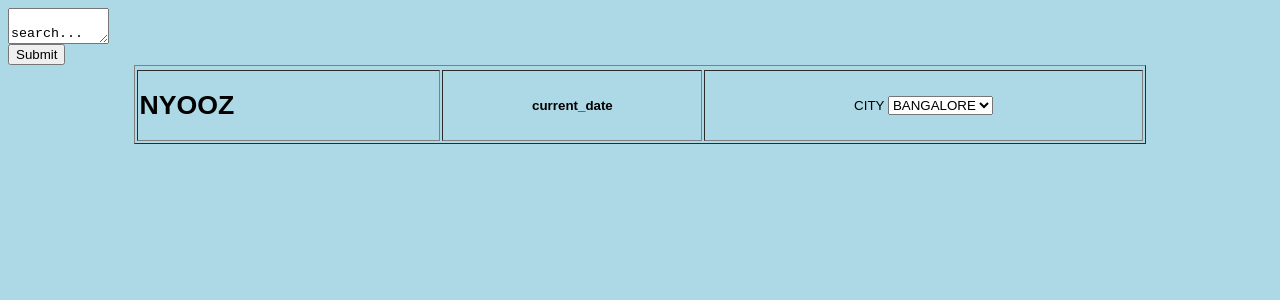
Repository: rsud2253/nyooz
Page: html_play/nyooz_home/index.html
The author's editor kept a copy of each file at every save. The page is drawn from the files as they stood at one save, then again after the next save.
The browser window is 1280 px wide. The pictures show the whole page.

Above is the page before, as saved 2012-07-21 07:21:17.

After the next save:
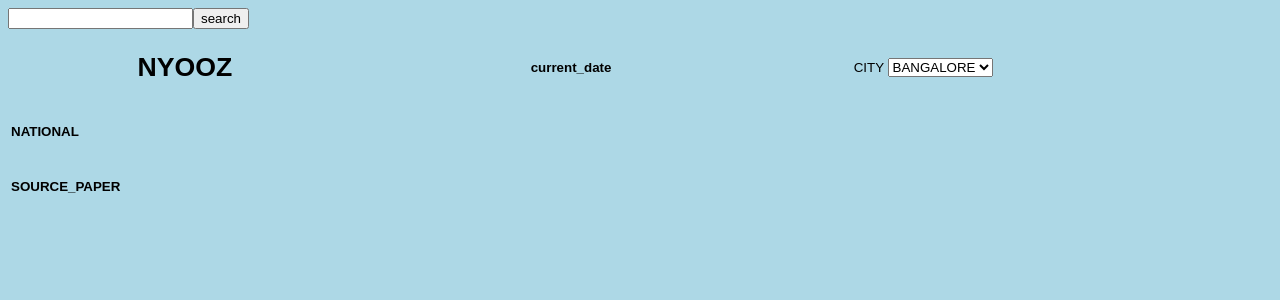
Saved 64 s later.
--- a/html_play/nyooz_home/index.html
+++ b/html_play/nyooz_home/index.html
@@ -10,16 +10,15 @@
         </style>
     </head>
     <body style="background-color: lightblue">
-    	<table border="1" width="80%" align="center" >
+    	<table border="0" width="80%" align="center" >
     		<tr align="right">
     			<form method="post" action="">
-				<textarea name="search" cols="10" rows="0">
-				search...
-				</textarea><br>
-				<input type="submit" value="Submit" />
+				<input type="text" name="nyooz_search"/>
+				<input type="submit" name="nyooz_submit" value="search" />
 				</form>
 
     		</tr>
+
     		<tr>
     			<td align="left" >
     				<h1 style=>NYOOZ</h1>
@@ -40,7 +39,21 @@
     			</td>
 
     		</tr>
-    	</table>
+
+    		</table>
+
+    		<table border="0" cellpadding:">
+    		<tr>
+    			<td><h4>NATIONAL</h4></td>
+    		</tr>
+
+    		<tr>
+				<td><h4>SOURCE_PAPER</h4></td>
+    		</tr>
+    		</table>
+
+
+
 
     </body>
 </html>
